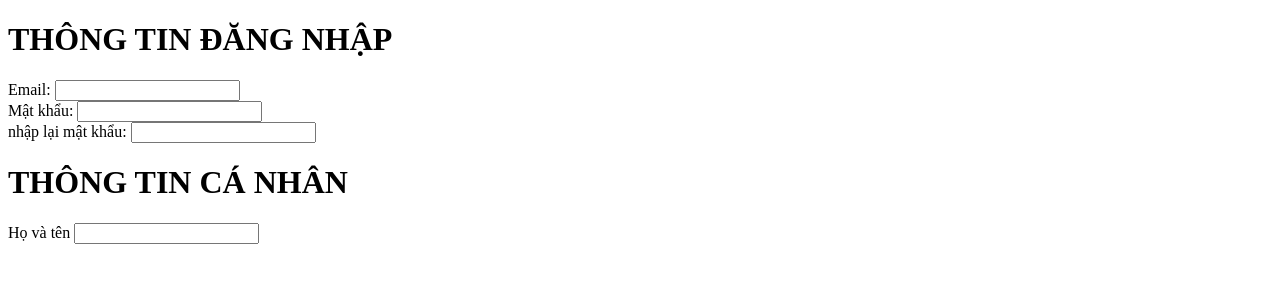
Repository: Vanh260703/Java-Servlet
Page: Bai1_HelloWorld/src/main/webapp/vidu.html
The author's editor kept a copy of each file at every save. The page is drawn from the files as they stood at one save, then again after the next save.
The browser window is 1280 px wide. The pictures show the whole page.

Above is the page before, as saved 2025-02-28 15:51:13.

### Bai1_HelloWorld/src/main/webapp/vidu.html
<!DOCTYPE html>
<html>
<head>
<meta charset="UTF-8">
<title>Insert title here</title>
</head>
<body>
	<form action="">
		<h1>THÔNG TIN ĐĂNG NHẬP</h1>
		<div class = "user-input">
			<label>Email:</label>
			<input type = "email">
		</div>
		<div>
			<label>Mật khẩu:</label>
			<input type = "password">
		</div>
		<div>
			<label>nhập lại mật khẩu:</label>
			<input type = "password">
		</div>

		<h1>THÔNG TIN CÁ NHÂN</h1>
		<div>
			<label>Họ và tên</label>
			<input type = "text">
		</div>
		<div></div>
	</form>

</body>
</html>

After the next save:
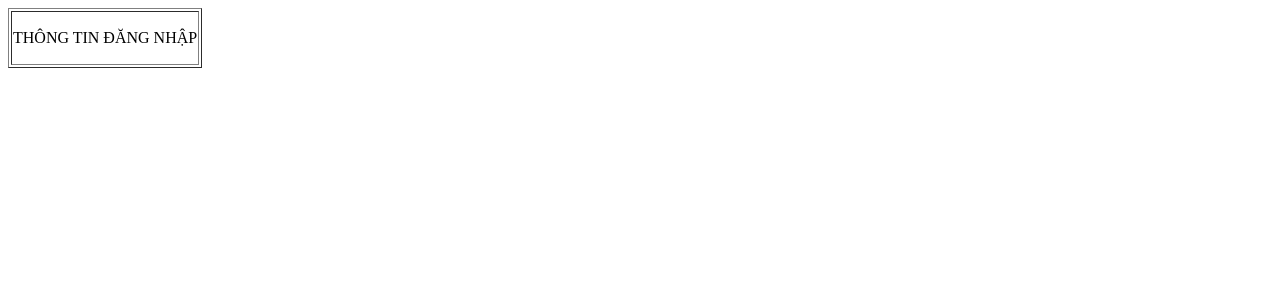
Saved 4 min 43 s later.
--- a/Bai1_HelloWorld/src/main/webapp/vidu.html
+++ b/Bai1_HelloWorld/src/main/webapp/vidu.html
@@ -5,28 +5,11 @@
 <title>Insert title here</title>
 </head>
 <body>
-	<form action="">
-		<h1>THÔNG TIN ĐĂNG NHẬP</h1>
-		<div class = "user-input">
-			<label>Email:</label>
-			<input type = "email">
-		</div>
-		<div>
-			<label>Mật khẩu:</label>
-			<input type = "password">
-		</div>
-		<div>
-			<label>nhập lại mật khẩu:</label>
-			<input type = "password">
-		</div>
-
-		<h1>THÔNG TIN CÁ NHÂN</h1>
-		<div>
-			<label>Họ và tên</label>
-			<input type = "text">
-		</div>
-		<div></div>
-	</form>
+	<table border = "1">
+		<tr>
+			<td><p>THÔNG TIN ĐĂNG NHẬP</p></td>
+		</tr>
+	</table>
 
 </body>
 </html>
